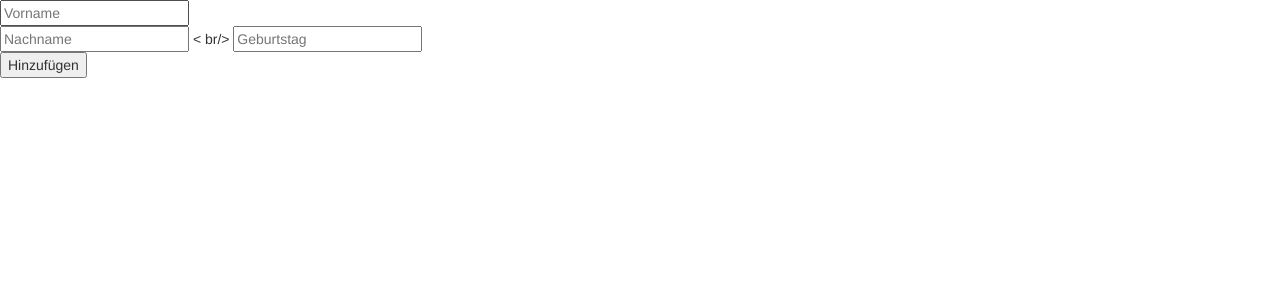
Repository: asdffdsa123/SA-Project
Page: SA-Webapp/WAR/index.html
An editor plug-in stored every save of this project. The page is shown before and after the next save, followed by the edit.
The browser window is 1280 px wide. The pictures show the whole page.
Some web libraries are served in a nearby version.

Above is the page before, as saved 2013-11-24 13:59:34.

### SA-Webapp/WAR/index.html
<html>
	<head>
		<meta charset="utf-8">
		<link rel="stylesheet" href="//netdna.bootstrapcdn.com/bootstrap/3.0.2/css/bootstrap.min.css">
		<title>Wettkampf Registrierung</title>
	</head>
	<body>
		<form>
			<input type = "text" placeholder = "Vorname"/> <br/>
			<input type = "text" placeholder = "Nachname"/> < br/>
			<input type = "text" placeholder = "Geburtstag"/> <br/>
			<button type="submit">Hinzufügen</button>

		</form>
	</body>

</html>

After the next save:
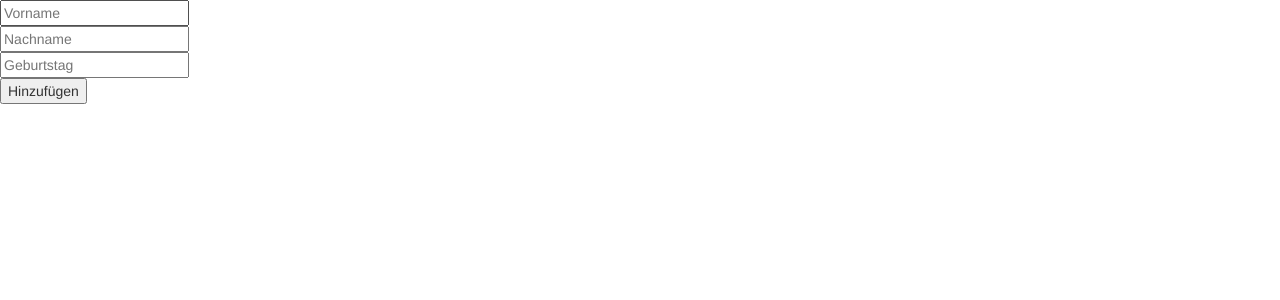
Saved 21 s later.
--- a/SA-Webapp/WAR/index.html
+++ b/SA-Webapp/WAR/index.html
@@ -7,7 +7,7 @@
 	<body>
 		<form>
 			<input type = "text" placeholder = "Vorname"/> <br/>
-			<input type = "text" placeholder = "Nachname"/> < br/>
+			<input type = "text" placeholder = "Nachname"/> <br/>
 			<input type = "text" placeholder = "Geburtstag"/> <br/>
 			<button type="submit">Hinzufügen</button>
 
